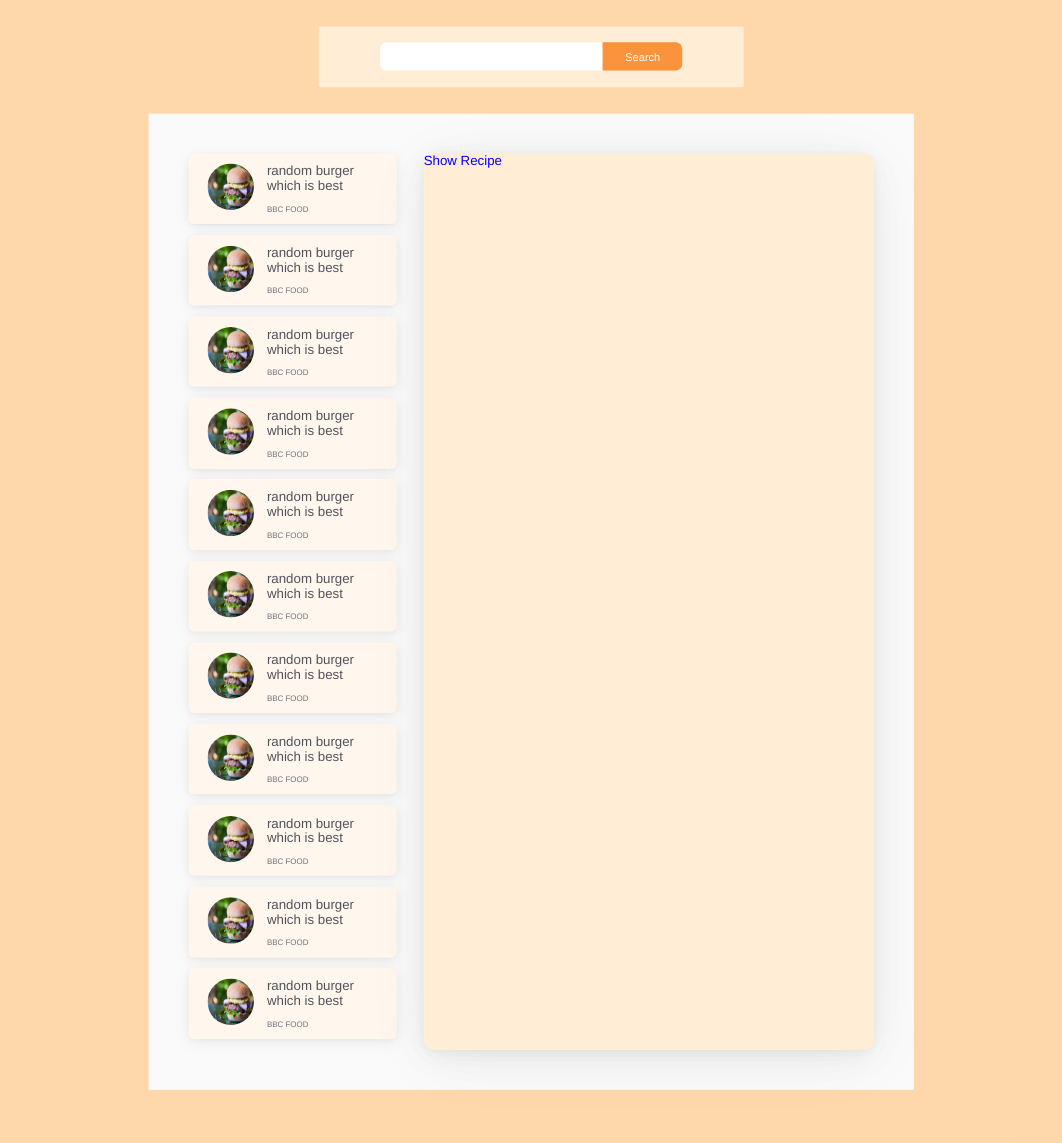
Repository: sandipkarmokar/recipeApp
Page: /
The author's editor kept a copy of each file at every save. The page is drawn from the files as they stood at one save, then again after the next save.
The browser window is 1280 px wide. The pictures show the whole page, at 83% of full size.
The project was rebuilt for these pictures with package versions that can differ from the ones it lists, and the page was loaded fresh each time.

Above is the page before, as saved 2022-04-16 12:33:37.

### src/App.js
import { useState } from 'react';
import './App.css';
import SearchBar from './components/searchBar';
import ListView from './components/listView';
import RecipeShow from './components/recipeShow';

const App = () => {
    const [query, setQuery] = useState('');
    const [recipeList, setRecipeList] = useState([]);
    const [isLoading, setIsLoading] = useState(true);
    const [recipeId, setRecipeId] = useState('');

    const url = `https://forkify-api.herokuapp.com/api/search?q=${query}`;
    const recipeUrl = `https://forkify-api.herokuapp.com/api/get?rId=${recipeId}`;

    return (
        <div className="app">
            <div className="app-container">
                <SearchBar></SearchBar>
                <div className="recipe-modal">
                    <ListView></ListView>
                    <RecipeShow></RecipeShow>
                </div>
            </div>
        </div>
    );
};

export default App;

### src/App.css
* {
    margin: 0;
    padding: 0;
    box-sizing: border-box;
    font-family: Helvetica, sans-serif;
}

.app {
    height: 100%;
    width: 100vw;
    background-color: #fed7aa;
}

.app .app-container {
    margin: 0 auto;
    width: 80%;
    padding: 2rem 0;
    display: flex;
    justify-content: center;
    flex-direction: column;
}

.app .app-container .searchBar {
    width: 50%;
    background-color: #ffedd5;
    padding: 1.2rem 1rem;
    margin: 0 auto;
    width: 50%;
    display: flex;
    justify-content: center;
}
.app .app-container .searchBar .searchBar-container {
    width: 80%;
    margin: 0 auto;
    display: flex;
    justify-content: center;
}
.app .app-container .searchBar .searchBar-container input {
    width: 70%;
    padding: 0.4rem 1rem;
    border: none;
    border-radius: 0.5rem 0 0 0.5rem;
}

.app .app-container .searchBar .searchBar-container button {
    width: 25%;
    padding: 0.6rem 1rem;
    background-color: #fb923c;
    border: none;
    color: #fff;
    border-radius: 0 0.5rem 0.5rem 0;
}

.app .app-container .recipe-modal {
    width: 90%;
    background-color: #fafafa;
    margin: 2rem auto;
    display: flex;
    justify-content: space-between;
    padding: 2rem;
}

.app .app-container .recipe-modal .recipeList {
    padding: 1rem;
}

.app
    .app-container
    .recipe-modal
    .recipeList
    .recipeList-container
    .recipe-item {
    display: flex;
    background-color: #fff7ed;
    padding: 0.8rem 1.4rem;
    margin-bottom: 0.8rem;
    box-shadow: 0px 5px 24px rgba(0, 0, 0, 0.04),
        0px 3.24074px 14.0556px rgba(0, 0, 0, 0.0303704),
        0px 1.92593px 7.64444px rgba(0, 0, 0, 0.0242963),
        0px 1px 3.9px rgba(0, 0, 0, 0.02),
        0px 0.407407px 1.95556px rgba(0, 0, 0, 0.0157037),
        0px 0.0925926px 0.944444px rgba(0, 0, 0, 0.00962963);
    border-radius: 0.4rem;
}
.app
    .app-container
    .recipe-modal
    .recipeList
    .recipeList-container
    .recipe-item
    img {
    height: 56px;
    width: 56px;
    border-radius: 100%;
}
.app
    .app-container
    .recipe-modal
    .recipeList
    .recipeList-container
    .recipe-item
    .info {
    display: flex;
    flex-direction: column;
    margin-left: 1rem;
}
.app
    .app-container
    .recipe-modal
    .recipeList
    .recipeList-container
    .recipe-item
    .info
    .title {
    color: #52525b;
    font-size: 1rem;
}
.app
    .app-container
    .recipe-modal
    .recipeList
    .recipeList-container
    .recipe-item
    .info
    .publisher {
    color: #71717a;
    font-size: 0.6rem;
    margin-top: 0.8rem;
}

.app .app-container .recipe-modal .recipeShow {
    background-color: #ffedd5;
    box-shadow: 0px 12px 80px rgba(0, 0, 0, 0.05),
        0px 7.77778px 46.8519px rgba(0, 0, 0, 0.037963),
        0px 4.62222px 25.4815px rgba(0, 0, 0, 0.0303704),
        0px 2.4px 13px rgba(0, 0, 0, 0.025),
        0px 0.977778px 6.51852px rgba(0, 0, 0, 0.0196296),
        0px 0.222222px 3.14815px rgba(0, 0, 0, 0.012037);
    border-radius: 12px;
    width: 80%;
    margin: 1rem;
}
.app .app-container .recipe-modal .recipeShow .recipeShow-container {
    color: blue;
}

### src/components/searchBar.js
import React from 'react';

const SearchBar = () => {
    return (
        <div className="searchBar">
            <form className="searchBar-container">
                <input type="text" />
                <button type="submit">Search</button>
            </form>
        </div>
    );
};

export default SearchBar;

### src/components/listView.js
import React from 'react';
import data from './data';

const ListView = () => {
    return (
        <div className="recipeList">
            <div className="recipeList-container">
                {data.map((el) => {
                    console.log(data);
                    return (
                        <div className="recipe-item">
                            <img src={el.img} alt="" />
                            <div className="info">
                                <p className="title">{el.title}</p>
                                <p className="publisher">{el.publisher}</p>
                            </div>
                        </div>
                    );
                })}
            </div>
        </div>
    );
};

export default ListView;

### src/components/recipeShow.js
import React from 'react';
import recipeData from './recipeData';

const RecipeShow = () => {
    console.log(recipeData);
    return (
        <div className="recipeShow">
            <div className="recipeShow-container">
                <p>Show Recipe</p>
            </div>
        </div>
    );
};

export default RecipeShow;

### src/components/data.js
import image from '../components/food.jpg';

const data = [
    {
        id: 1,
        img: image,
        title: 'random burger which is best',
        publisher: 'BBC FOOD',
    },
    {
        id: 1,
        img: image,
        title: 'random burger which is best',
        publisher: 'BBC FOOD',
    },
    {
        id: 1,
        img: image,
        title: 'random burger which is best',
        publisher: 'BBC FOOD',
    },
    {
        id: 1,
        img: image,
        title: 'random burger which is best',
        publisher: 'BBC FOOD',
    },
    {
        id: 1,
        img: image,
        title: 'random burger which is best',
        publisher: 'BBC FOOD',
    },
    {
        id: 1,
        img: image,
        title: 'random burger which is best',
        publisher: 'BBC FOOD',
    },
    {
        id: 1,
        img: image,
        title: 'random burger which is best',
        publisher: 'BBC FOOD',
    },
    {
        id: 1,
        img: image,
        title: 'random burger which is best',
        publisher: 'BBC FOOD',
    },
    {
        id: 1,
        img: image,
        title: 'random burger which is best',
        publisher: 'BBC FOOD',
    },
    {
        id: 1,
        img: image,
        title: 'random burger which is best',
        publisher: 'BBC FOOD',
    },
    {
        id: 1,
        img: image,
        title: 'random burger which is best',
        publisher: 'BBC FOOD',
    },
];

export default data;

### src/components/recipeData.js
const recipeData = [
    {
        recipe: {
            publisher: '101 Cookbooks',
            ingredients: [
                '4 1/2 cups (20.25 ounces) unbleached high-gluten, bread, or all-purpose flour, chilled',
                '1 3/4 (.44 ounce) teaspoons salt',
                '1 teaspoon (.11 ounce) instant yeast',
                '1/4 cup (2 ounces) olive oil (optional)',
                '1 3/4 cups (14 ounces) water, ice cold (40F)',
                'Semolina flour OR cornmeal for dusting',
            ],
            source_url: 'http://www.101cookbooks.com/archives/001199.html',
            recipe_id: '47746',
            image_url:
                'http://forkify-api.herokuapp.com/images/best_pizza_dough_recipe1b20.jpg',
            social_rank: 100,
            publisher_url: 'http://www.101cookbooks.com',
            title: 'Best Pizza Dough Ever',
        },
    },
];

export default recipeData;

Loaded but not shown: public/index.html (common file); src/index.js (common file); src/index.css (common file); src/reportWebVitals.js (common file)

After the next save:
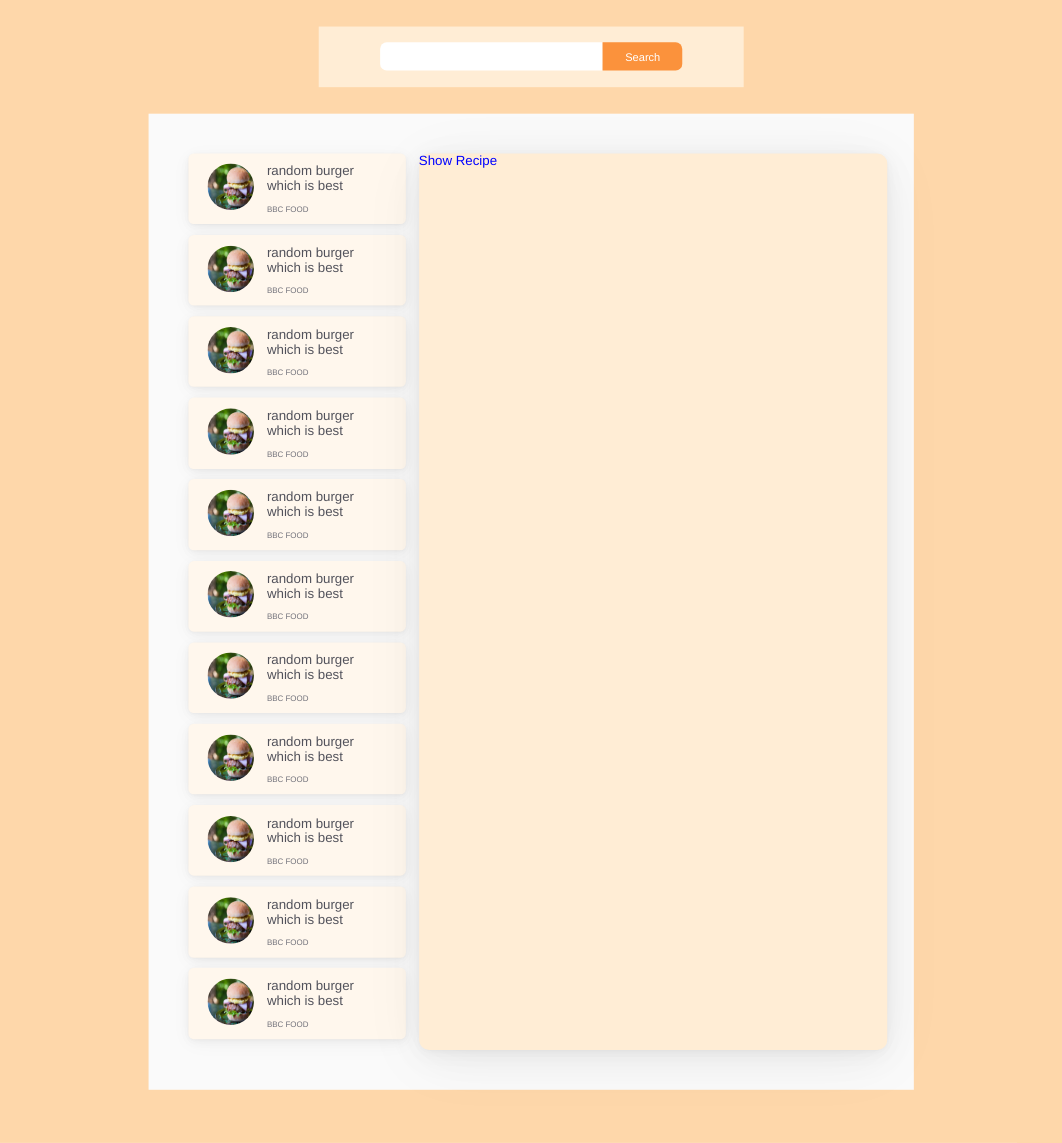
Saved 5 s later.
--- a/src/App.css
+++ b/src/App.css
@@ -138,7 +138,7 @@
         0px 0.222222px 3.14815px rgba(0, 0, 0, 0.012037);
     border-radius: 12px;
     width: 80%;
-    margin: 1rem;
+    margin: 1rem 0;
 }
 .app .app-container .recipe-modal .recipeShow .recipeShow-container {
     color: blue;
